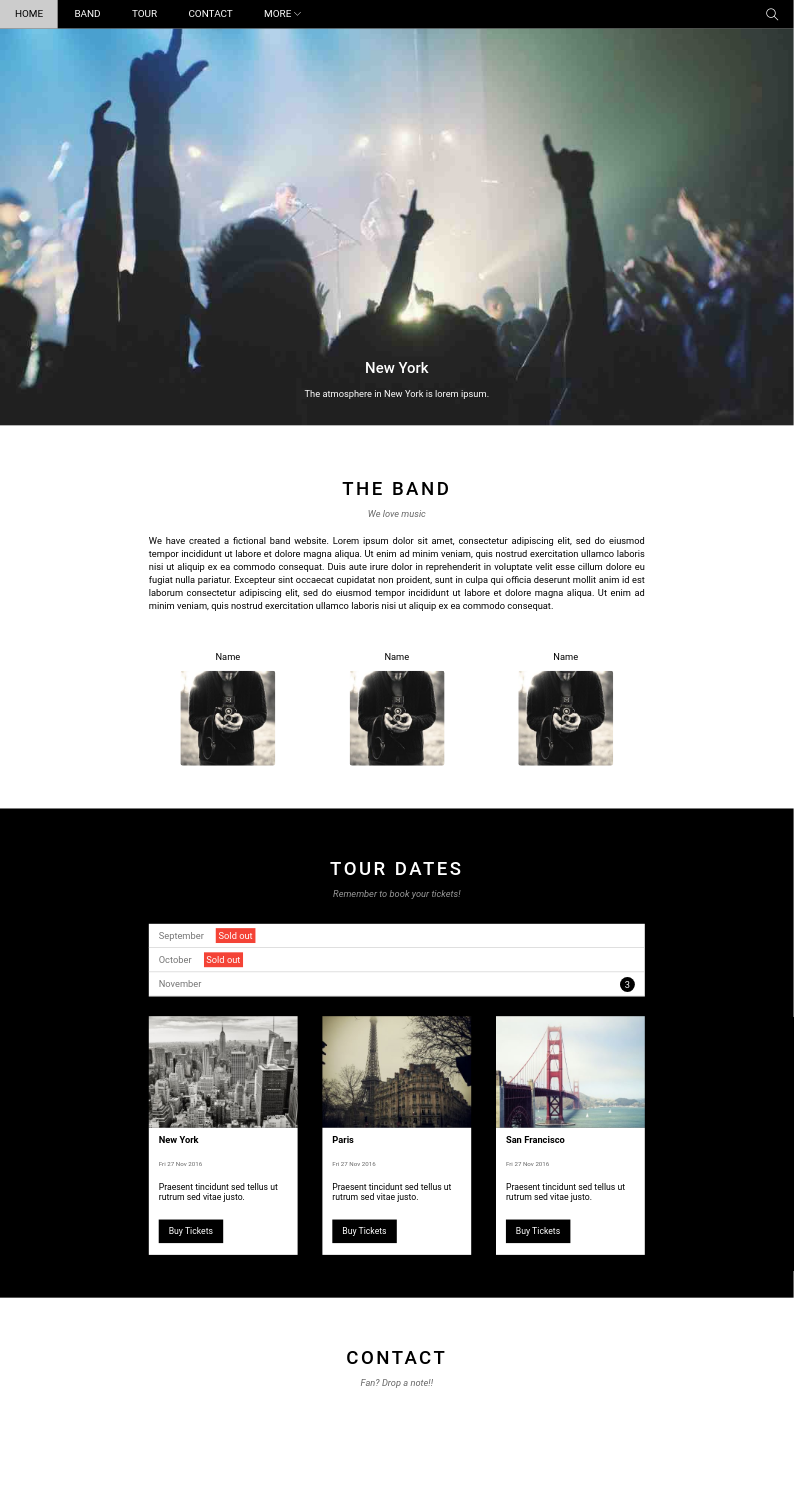
Repository: vuongld315/myLandingPage
Page: index.html
These files come from the project's save history. The page is drawn as it stood at one moment and after a run of saves; the edit follows.
The browser window is 1280 px wide. The pictures show the whole page, at 62% of full size.

Above is the page before, as saved 2022-07-27 11:07:11.

After the next 2 saves:
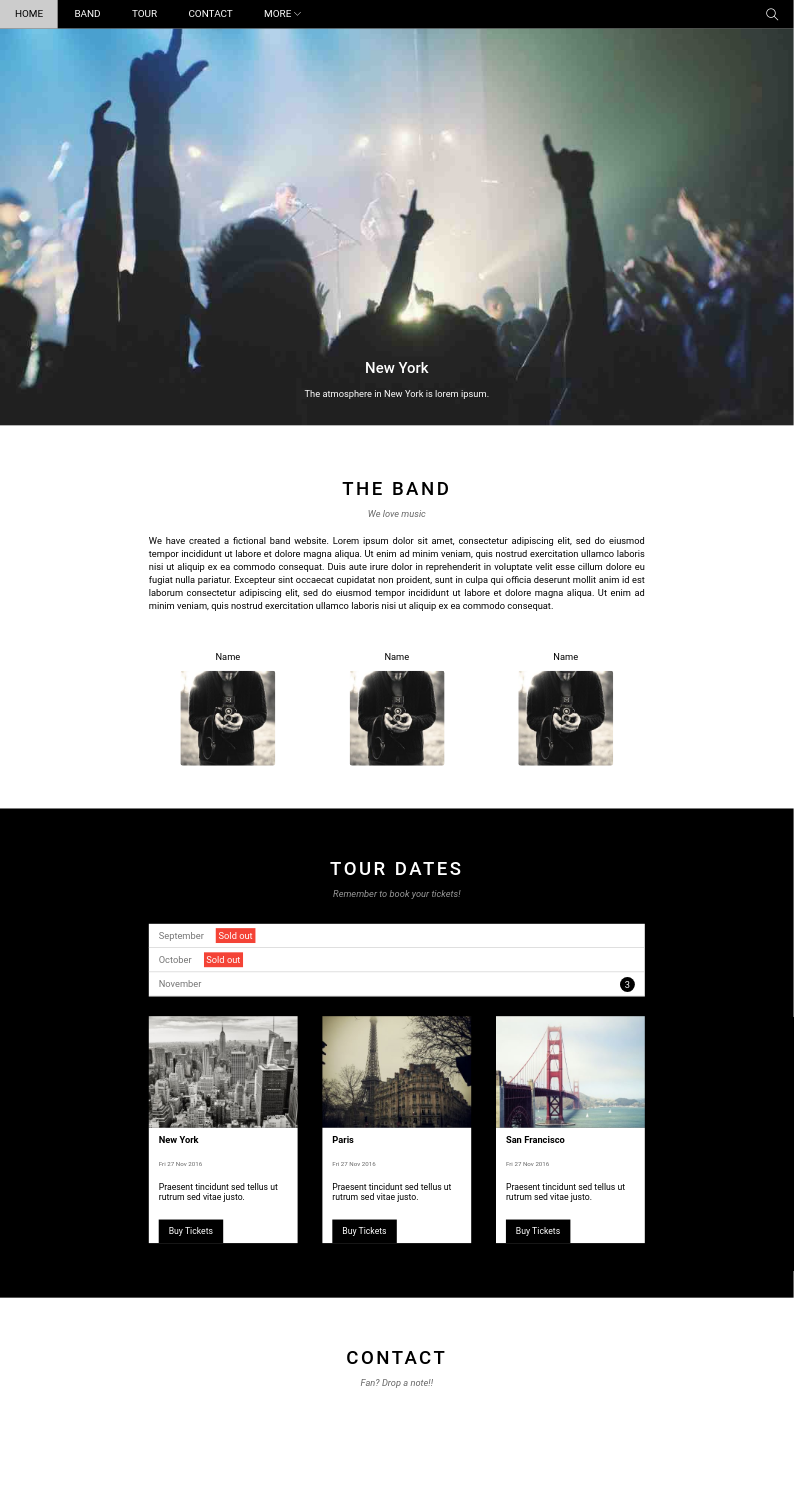
The 2 saves are shown as one change because they came seconds apart.
The last was saved 72 s later.
--- a/assets/css/main.css
+++ b/assets/css/main.css
@@ -234,6 +234,7 @@
     padding-left: 16px;
     background-color: #fff;
     height: 205px;
+    margin-bottom: 40px;
 }
 
 .tour-list-time {

After the 2 saves that followed:
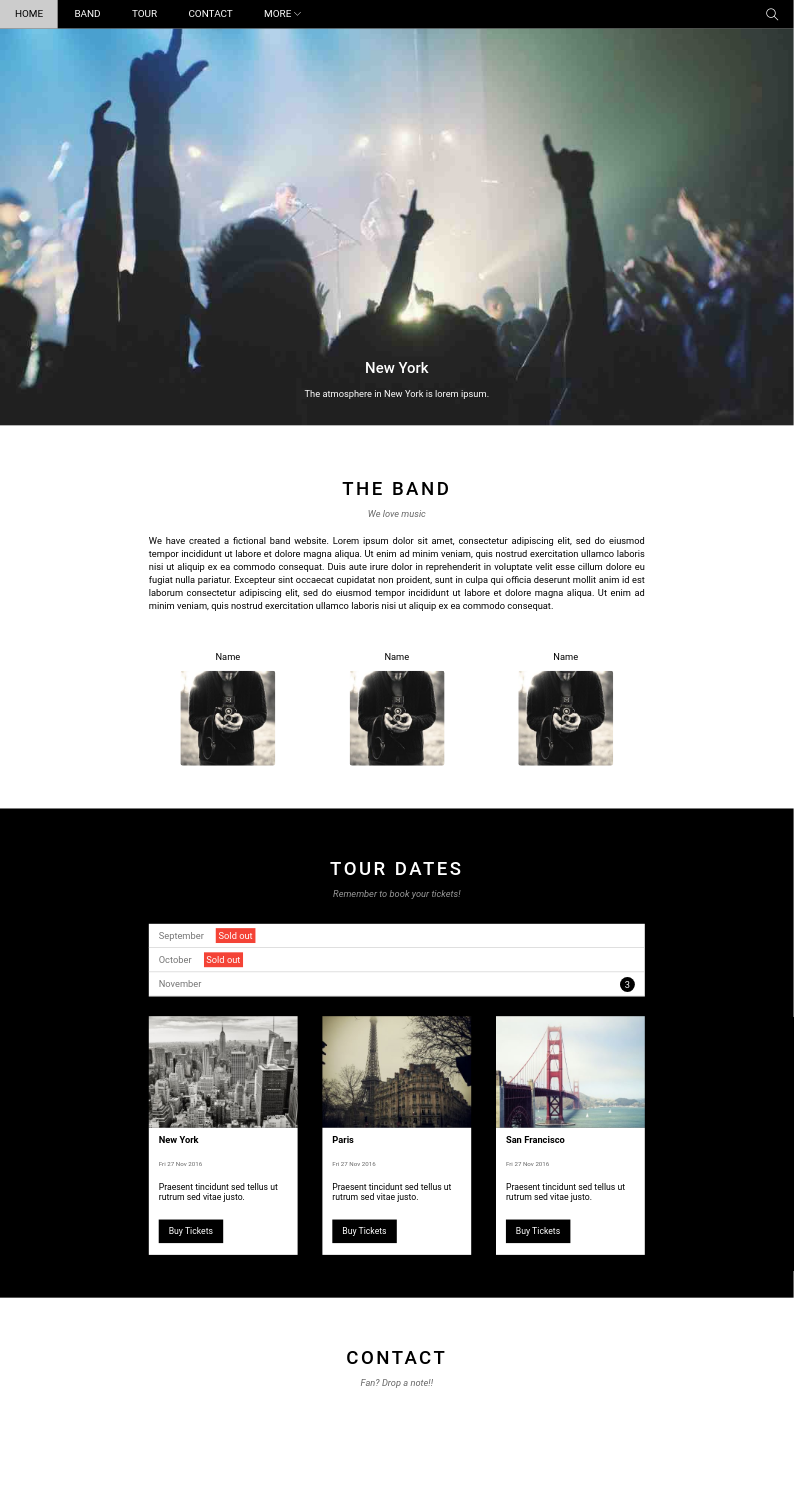
The 2 saves are shown as one change because they came seconds apart.
The last was saved 15 s later.
--- a/assets/css/main.css
+++ b/assets/css/main.css
@@ -234,7 +234,6 @@
     padding-left: 16px;
     background-color: #fff;
     height: 205px;
-    margin-bottom: 40px;
 }
 
 .tour-list-time {
